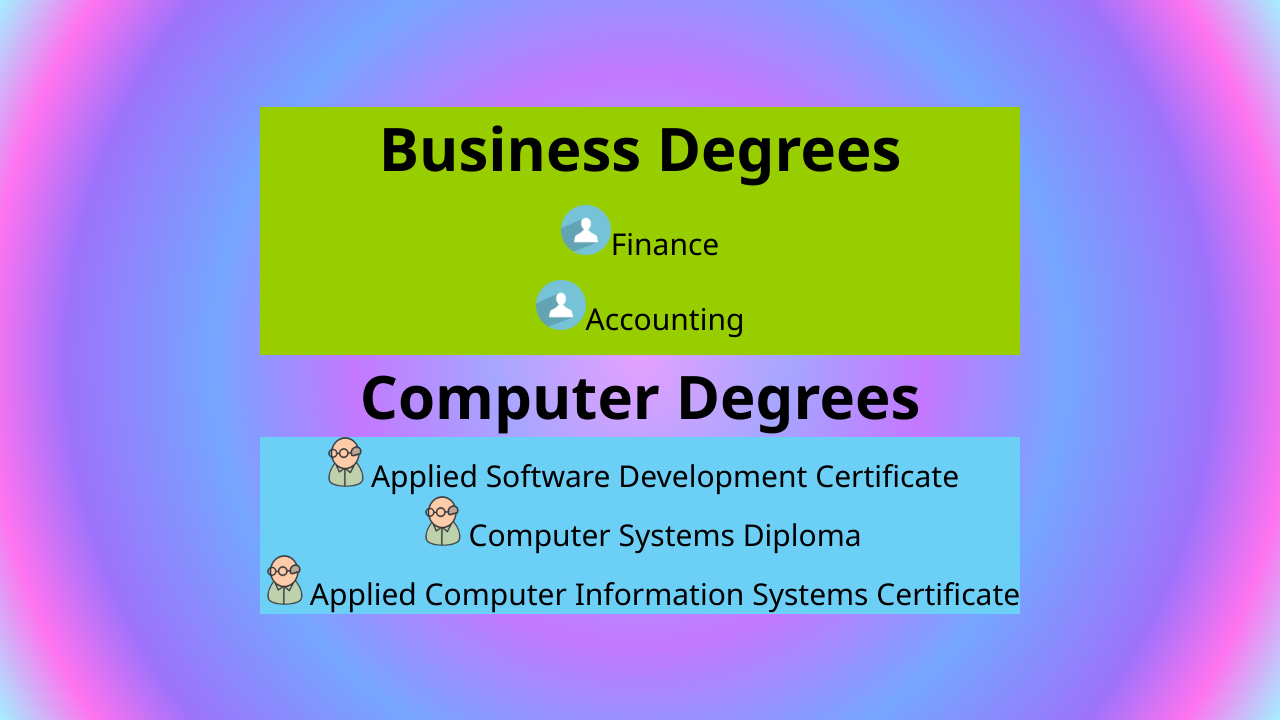
Repository: NeemaToto/mdia2109week3
Page: /
The author's editor kept a copy of each file at every save. The page is drawn from the files as they stood at one save, then again after the next save.
The browser window is 1280 px wide. The pictures show the whole page.
The project was rebuilt for these pictures with package versions that can differ from the ones it lists, and the page was loaded fresh each time. The framework's server and built-in components were replaced by stand-ins that run in the browser. Also part of the build but not shown: next.config.js.

Above is the page before, as saved 2023-01-19 14:42:51.

After the next save:
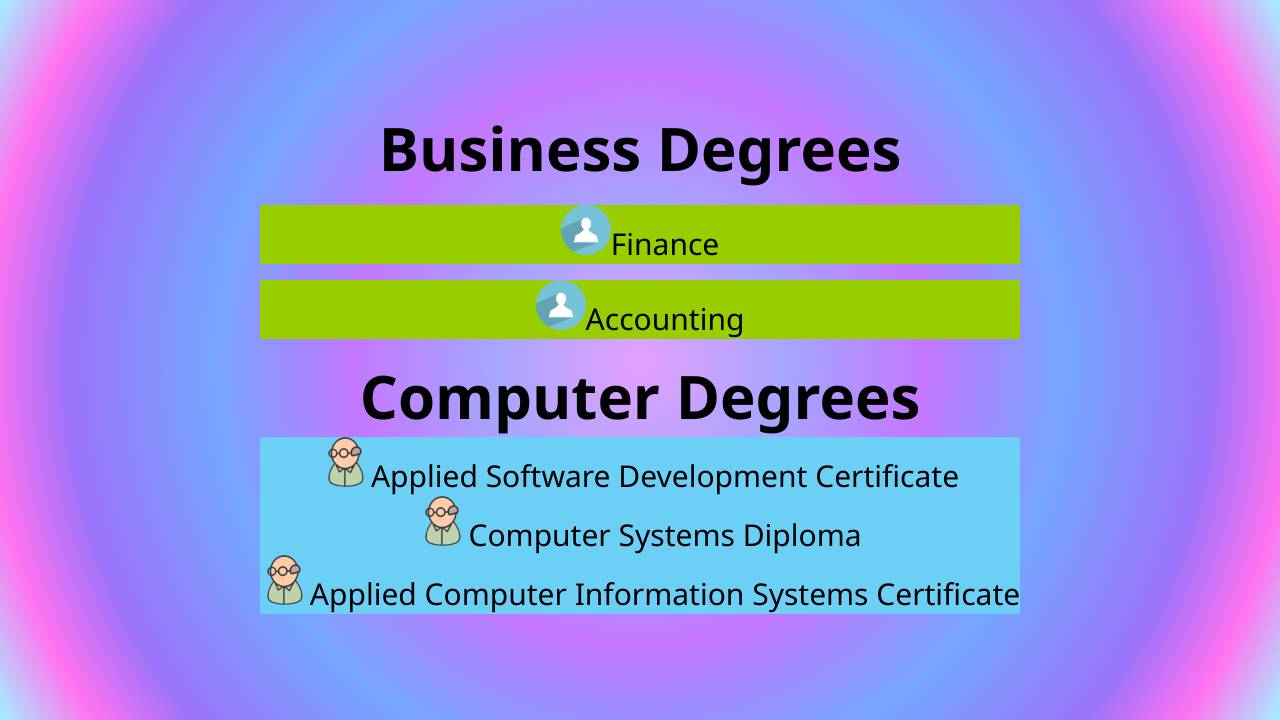
Saved 5 s later.
--- a/styles/Home.module.css
+++ b/styles/Home.module.css
@@ -289,7 +289,7 @@
   display: flex;
   flex-direction: column;
   gap: 1rem;
-  background-color: #98CE00;
+
   padding-bottom: 1rem;
 }
 
